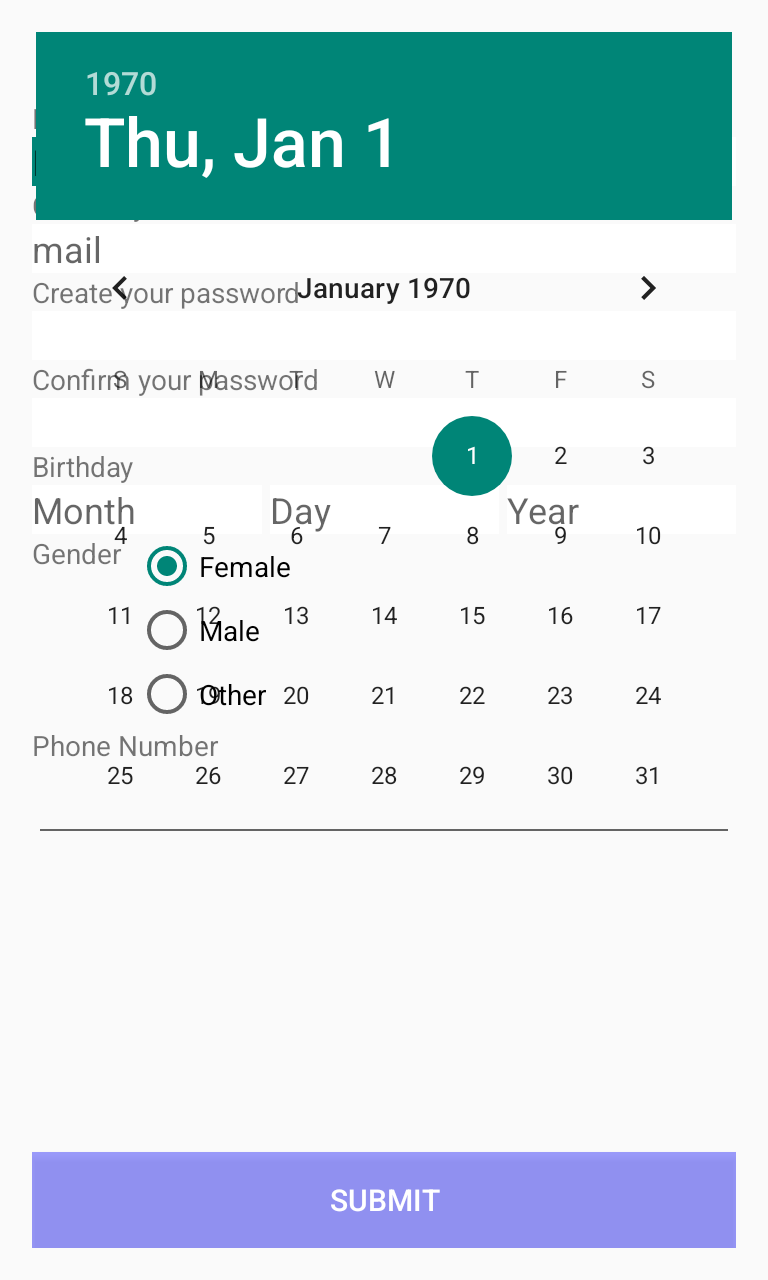
Repository: HarithaAmmuHari/Database
Layout: RegisterUsingSP/res/layout/activity_register.xml
An editor plug-in stored every save of this project. The layout is shown before and after the next save, followed by the edit.
It is drawn on a 768 x 1280 px phone screen (xhdpi) without system bars, with theme AppTheme; the app's code is not run.

Above is the layout before, as saved 2015-04-14 10:08:42.

After the next save:
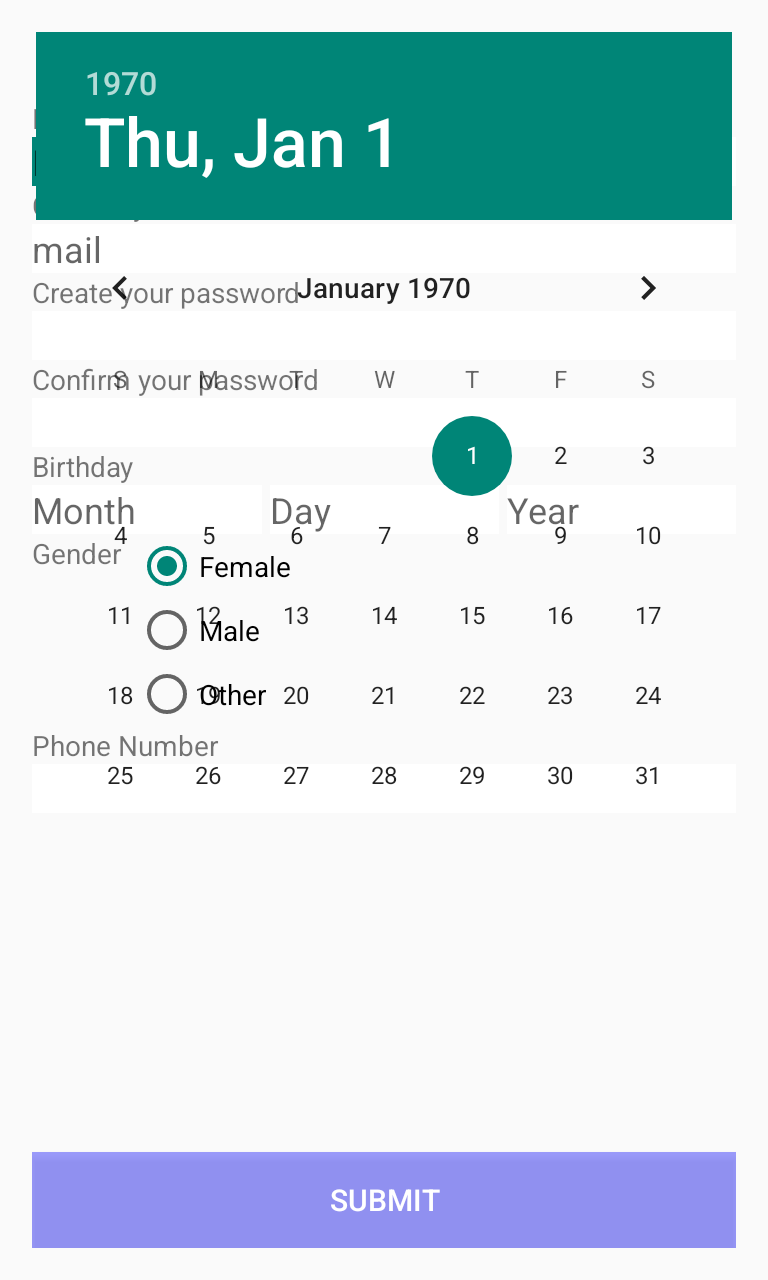
Saved 12 s later.
--- a/RegisterUsingSP/res/layout/activity_register.xml
+++ b/RegisterUsingSP/res/layout/activity_register.xml
@@ -170,6 +170,7 @@
                 android:id="@+id/editText10"
                 android:layout_width="match_parent"
                 android:layout_height="wrap_content"
+                android:background="#ffffff"
                 android:layout_below="@+id/textView8"
                 android:ems="10" />
             <TextView
